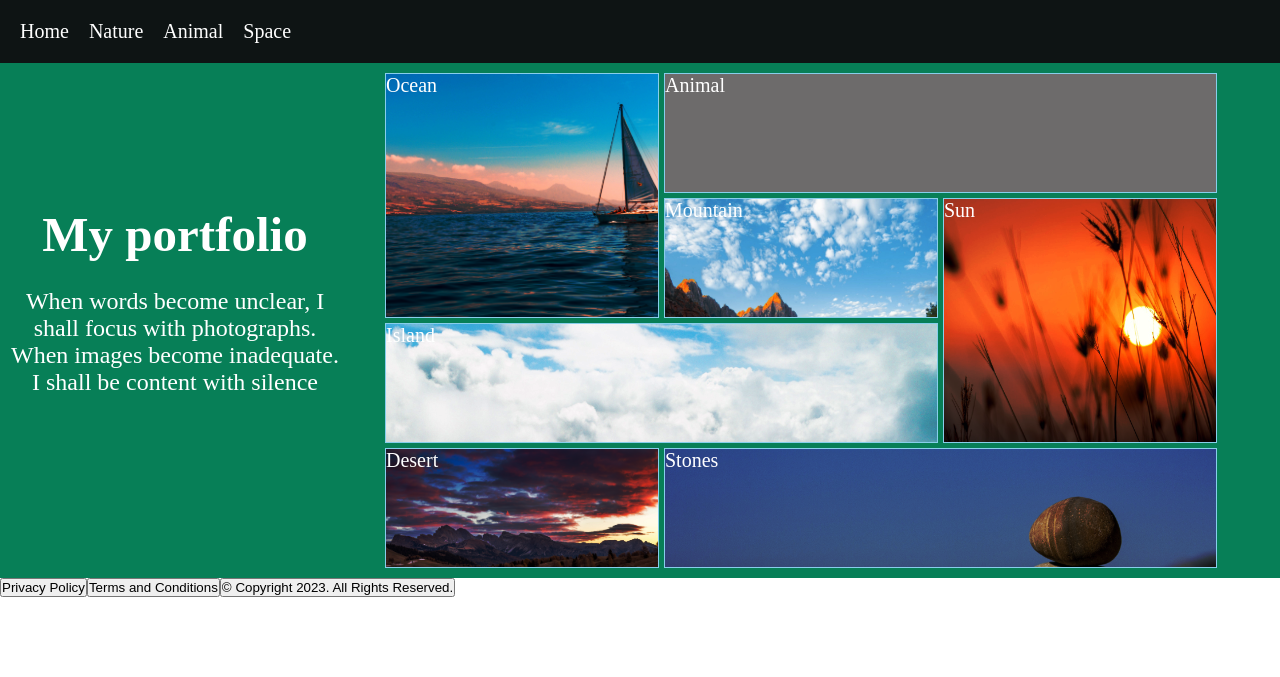
Repository: suraj-yadav7/03_Gallery_Portfolio
Page: index.html
An editor plug-in stored every save of this project. The page is shown before and after the next save, followed by the edit.
The browser window is 1280 px wide. The pictures show the whole page.
Pictures or frames that could not be fetched are drawn as grey boxes. Some web fonts or font styles are not loaded; a fallback is used.

Above is the page before, as saved 2023-02-14 21:18:16.

After the next save:
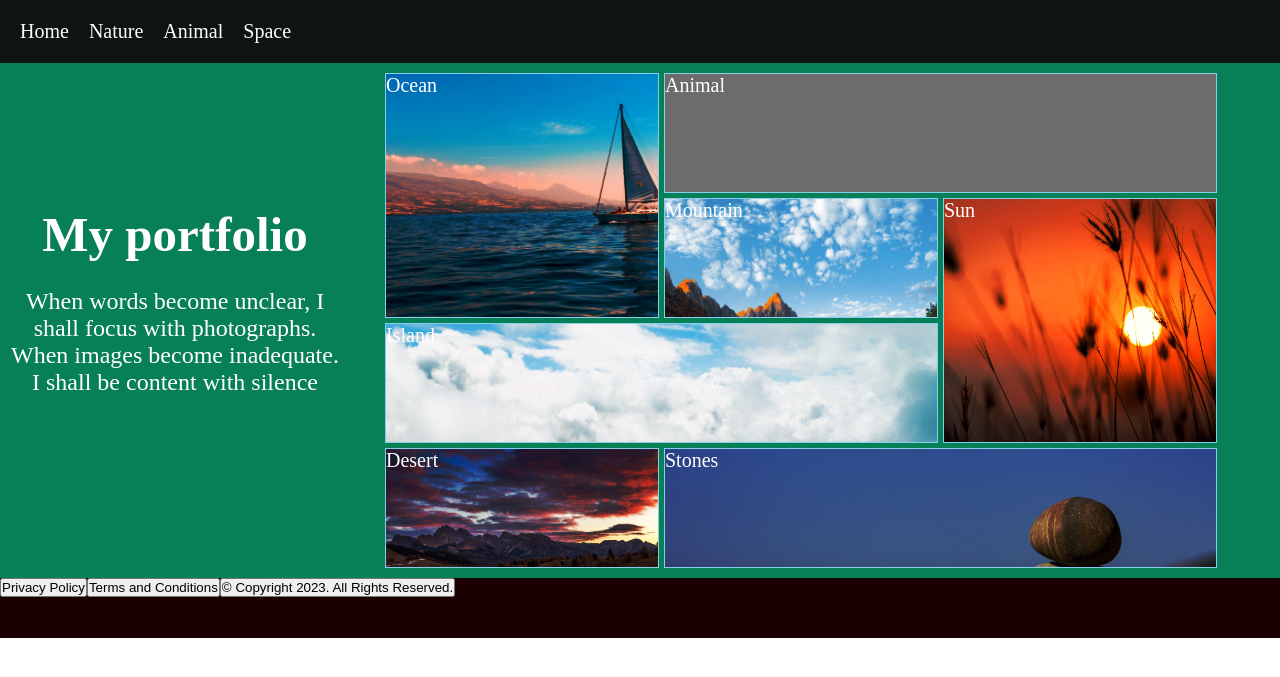
Saved 2 min 48 s later.
--- a/style.css
+++ b/style.css
@@ -140,6 +140,14 @@ a:hover{
 
 }
 
+
+/* Footer */
+footer{
+    height: 60px;
+    max-width: 100%;
+    background-color: #1a0000;
+}
+
 /* media queries for Mobile Responsiveness */
 
 @media screen and (max-width: 1024px){
